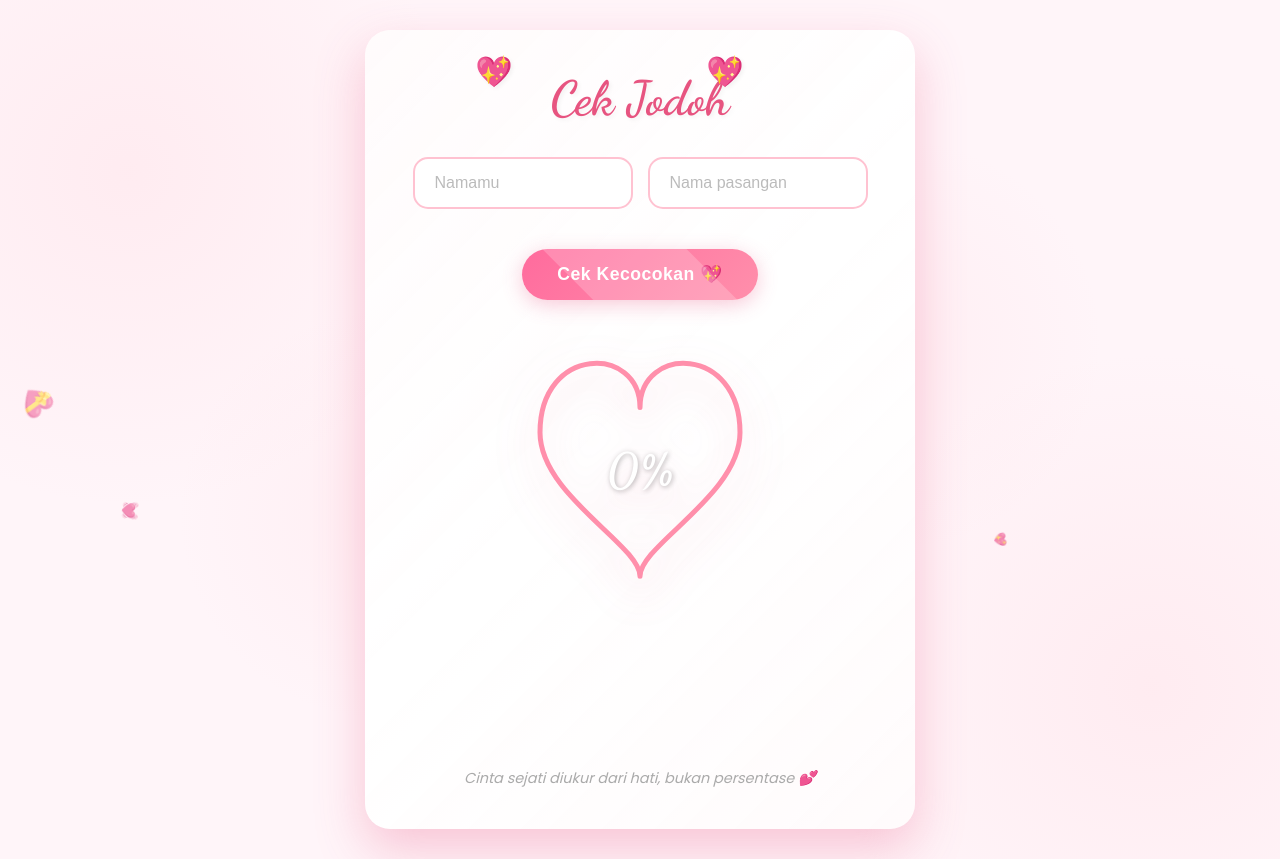
Repository: zhr-nabila/cek-jodoh
Page: cek.html
The author's editor kept a copy of each file at every save. The page is drawn from the files as they stood at one save, then again after the next save.
The browser window is 1280 px wide. The pictures show the whole page.

Above is the page before, as saved 2025-06-10 00:39:24.

### cek.html
<!DOCTYPE html>
<html lang="id">
  <head>
    <meta charset="UTF-8" />
    <meta name="viewport" content="width=device-width, initial-scale=1.0" />
    <title>Cek Kecocokan Pasangan</title>
    <link
      rel="stylesheet"
      href="https://cdnjs.cloudflare.com/ajax/libs/animate.css/4.1.1/animate.min.css"
    />
    <style>
      @import url("https://fonts.googleapis.com/css2?family=Dancing+Script:wght@700&family=Poppins:wght@300;400;500;600&display=swap");

      :root {
        --pink-dark: #e75480;
        --pink-medium: #ff6b9d;
        --pink-light: #ff8fab;
        --pink-soft: #ffc2d1;
        --pink-pale: #fff5f9;
        --shadow-pink: rgba(231, 84, 128, 0.3);
      }

      * {
        box-sizing: border-box;
        margin: 0;
        padding: 0;
      }

      /* Ini biar scrollbar enggak keliatan */
      ::-webkit-scrollbar {
        width: 0;
        background: transparent;
      }

      body {
        background-color: var(--pink-pale);
        font-family: "Poppins", sans-serif;
        text-align: center;
        padding: 30px 0;
        margin: 0;
        min-height: 100vh;
        display: flex;
        justify-content: center;
        align-items: center;
        background-image: radial-gradient(
            circle at 10% 20%,
            rgba(255, 182, 193, 0.15) 0%,
            transparent 25%
          ),
          radial-gradient(
            circle at 90% 80%,
            rgba(255, 182, 193, 0.15) 0%,
            transparent 25%
          ),
          radial-gradient(
            circle at 30% 60%,
            rgba(255, 182, 193, 0.1) 0%,
            transparent 20%
          ),
          radial-gradient(
            circle at 70% 40%,
            rgba(255, 182, 193, 0.1) 0%,
            transparent 20%
          );
        overflow-x: hidden;
        -ms-overflow-style: none; /* IE dan Edge */
        scrollbar-width: none; /* Firefox */
      }

      .container {
        background: white;
        border-radius: 25px;
        padding: 40px;
        box-shadow: 0 20px 50px var(--shadow-pink);
        width: 95%;
        max-width: 550px;
        position: relative;
        overflow: hidden;
        transition: transform 0.3s ease;
        z-index: 1;
      }

      .container::before {
        content: "";
        position: absolute;
        top: -10px;
        left: -10px;
        right: -10px;
        bottom: -10px;
        background: linear-gradient(
          135deg,
          rgba(255, 192, 203, 0.1) 0%,
          rgba(255, 255, 255, 0) 50%,
          rgba(255, 192, 203, 0.1) 100%
        );
        border-radius: 30px;
        z-index: -1;
        animation: shine 8s infinite;
      }

      @keyframes shine {
        0%,
        100% {
          opacity: 0.3;
        }
        50% {
          opacity: 0.8;
        }
      }

      h1 {
        color: var(--pink-dark);
        font-size: 3rem;
        margin-bottom: 30px;
        font-family: "Dancing Script", cursive;
        text-shadow: 2px 2px 4px rgba(0, 0, 0, 0.05);
        position: relative;
        animation: fadeInDown 1s ease;
      }

      h1::after,
      h1::before {
        content: "💖";
        position: absolute;
        font-size: 1.8rem;
        animation: heartbeat 1.5s infinite;
      }

      h1::after {
        top: -15px;
        right: 28%;
      }

      h1::before {
        top: -15px;
        left: 15%;
      }

      .input-group {
        display: flex;
        gap: 15px;
        margin-bottom: 25px;
        justify-content: center;
        animation: fadeIn 1s ease 0.2s both;
      }

      input {
        padding: 15px 20px;
        font-size: 1rem;
        border-radius: 15px;
        border: 2px solid var(--pink-soft);
        width: 100%;
        max-width: 220px;
        transition: all 0.3s;
        background-color: rgba(255, 255, 255, 0.9);
        color: #555;
        font-weight: 500;
      }

      input::placeholder {
        color: #bbb;
        font-weight: 400;
      }

      input:focus {
        outline: none;
        border-color: var(--pink-medium);
        box-shadow: 0 0 0 4px rgba(255, 107, 157, 0.2);
        transform: translateY(-2px);
      }

      button {
        padding: 15px 35px;
        background: linear-gradient(
          135deg,
          var(--pink-medium) 0%,
          var(--pink-light) 100%
        );
        border: none;
        border-radius: 50px;
        color: white;
        font-size: 1.1rem;
        font-weight: 600;
        cursor: pointer;
        transition: all 0.3s;
        box-shadow: 0 5px 20px var(--shadow-pink);
        margin: 15px 0 25px;
        position: relative;
        overflow: hidden;
        animation: fadeIn 1s ease 0.4s both;
        letter-spacing: 0.5px;
      }

      button:hover {
        transform: translateY(-5px);
        box-shadow: 0 10px 25px rgba(231, 84, 128, 0.5);
        background: linear-gradient(
          135deg,
          var(--pink-dark) 0%,
          var(--pink-medium) 100%
        );
      }

      button:active {
        transform: translateY(1px);
      }

      button::after {
        content: "";
        position: absolute;
        top: -50%;
        left: -50%;
        width: 200%;
        height: 200%;
        background: rgba(255, 255, 255, 0.2);
        transform: rotate(45deg);
        transition: all 0.7s;
      }

      button:hover::after {
        left: 100%;
      }

      .love-meter-container {
        perspective: 1000px;
        margin: 30px auto;
        animation: fadeIn 1s ease 0.6s both;
      }

      .love-meter {
        position: relative;
        width: 250px;
        height: 230px;
        margin: 0 auto;
        filter: drop-shadow(0 15px 20px rgba(231, 84, 128, 0.25));
        transform-style: preserve-3d;
        transition: transform 0.5s ease;
      }

      .love-meter:hover {
        transform: rotateY(10deg) rotateX(5deg);
      }

      .heart-svg {
        width: 100%;
        height: 100%;
      }

      .love-fill {
        fill: url(#gradientFill);
        transition: y 1.5s cubic-bezier(0.68, -0.55, 0.27, 1.55),
          height 1.5s cubic-bezier(0.68, -0.55, 0.27, 1.55);
      }

      .percentage {
        position: absolute;
        top: 50%;
        left: 50%;
        transform: translate(-50%, -50%);
        font-size: 3rem;
        font-weight: bold;
        color: white;
        text-shadow: 1px 1px 5px rgba(0, 0, 0, 0.3);
        font-family: "Dancing Script", cursive;
        transition: all 0.3s;
      }

      .message {
        font-size: 1.3rem;
        margin: 20px 0;
        color: var(--pink-dark);
        min-height: 60px;
        padding: 0 20px;
        line-height: 1.5;
        opacity: 0;
        transform: translateY(10px);
        transition: all 0.5s ease-out 0.5s;
        font-weight: 500;
      }

      .message.show {
        opacity: 1;
        transform: translateY(0);
      }

      .couple-names {
        display: flex;
        justify-content: center;
        align-items: center;
        gap: 15px;
        font-size: 1.5rem;
        color: var(--pink-dark);
        font-weight: 600;
        margin-bottom: 15px;
        opacity: 0;
        transform: scale(0.9);
        transition: all 0.5s ease-out 0.3s;
      }

      .couple-names.show {
        opacity: 1;
        transform: scale(1);
      }

      .heart-icon {
        color: var(--pink-medium);
        font-size: 1.8rem;
        animation: heartbeat 1.5s infinite;
        display: inline-block;
        transform-origin: center;
      }

      @keyframes heartbeat {
        0% {
          transform: scale(1);
        }
        25% {
          transform: scale(1.1);
        }
        50% {
          transform: scale(1);
        }
        75% {
          transform: scale(1.1);
        }
        100% {
          transform: scale(1);
        }
      }

      .floating-hearts {
        position: fixed;
        width: 100%;
        height: 100%;
        top: 0;
        left: 0;
        pointer-events: none;
        z-index: -1;
        overflow: hidden;
      }

      .floating-heart {
        position: absolute;
        font-size: 1rem;
        color: var(--pink-light);
        opacity: 0;
        animation: float-up 4s linear forwards;
        z-index: -1;
      }

      @keyframes float-up {
        0% {
          transform: translateY(100vh) rotate(0deg) scale(0.5);
          opacity: 0;
        }
        10% {
          opacity: 0.8;
        }
        100% {
          transform: translateY(-20vh) rotate(360deg) scale(1.2);
          opacity: 0;
        }
      }

      .sparkle {
        position: absolute;
        width: 5px;
        height: 5px;
        background-color: #fff;
        border-radius: 50%;
        pointer-events: none;
        opacity: 0;
        animation: sparkle 1s forwards;
      }

      @keyframes sparkle {
        0% {
          transform: scale(0);
          opacity: 0;
        }
        50% {
          opacity: 0.8;
        }
        100% {
          transform: scale(2);
          opacity: 0;
        }
      }

      .ripple {
        position: absolute;
        border-radius: 50%;
        background-color: rgba(255, 255, 255, 0.6);
        transform: scale(0);
        pointer-events: none;
        animation: ripple 1s ease-out;
      }

      @keyframes ripple {
        to {
          transform: scale(4);
          opacity: 0;
        }
      }

      .confetti {
        position: absolute;
        width: 10px;
        height: 10px;
        background-color: var(--pink-light);
        opacity: 0;
        animation: confetti-fall 3s linear forwards;
      }

      @keyframes confetti-fall {
        0% {
          transform: translateY(-100vh) rotate(0deg);
          opacity: 1;
        }
        100% {
          transform: translateY(100vh) rotate(360deg);
          opacity: 0;
        }
      }

      .footer-note {
        margin-top: 30px;
        font-size: 0.9rem;
        color: #aaa;
        font-style: italic;
        animation: fadeIn 1s ease 0.8s both;
      }

      @media (max-width: 600px) {
        .container {
          padding: 30px 20px;
          width: 95%;
        }

        h1 {
          font-size: 2.5rem;
        }

        h1::after,
        h1::before {
          font-size: 1.5rem;
        }

        .input-group {
          flex-direction: column;
          align-items: center;
          gap: 15px;
        }

        input {
          max-width: 100%;
          padding: 12px 15px;
        }

        .love-meter {
          width: 200px;
          height: 180px;
        }

        .percentage {
          font-size: 2.5rem;
        }

        button {
          padding: 12px 25px;
          font-size: 1rem;
        }

        .couple-names {
          font-size: 1.3rem;
        }

        .message {
          font-size: 1.1rem;
        }
      }

      /* Animations */
      @keyframes fadeIn {
        from {
          opacity: 0;
        }
        to {
          opacity: 1;
        }
      }

      @keyframes fadeInDown {
        from {
          opacity: 0;
          transform: translateY(-20px);
        }
        to {
          opacity: 1;
          transform: translateY(0);
        }
      }

      @keyframes bounceIn {
        from {
          opacity: 0;
          transform: scale(0.5);
        }
        to {
          opacity: 1;
          transform: scale(1);
        }
      }
    </style>
  </head>
  <body>
    <div class="container">
      <h1 class="animate__animated animate__fadeInDown">Cek Jodoh</h1>

      <div class="input-group">
        <input
          type="text"
          id="name1"
          placeholder="Namamu"
          class="animate__animated animate__fadeIn"
        />
        <input
          type="text"
          id="name2"
          placeholder="Nama pasangan"
          class="animate__animated animate__fadeIn"
        />
      </div>

      <button onclick="hitung()" class="animate__animated animate__fadeIn">
        Cek Kecocokan 💖
      </button>

      <div class="love-meter-container">
        <div class="love-meter">
          <svg viewBox="0 0 200 180" class="heart-svg">
            <defs>
              <clipPath id="heartClip">
                <path
                  d="M100 40
                   C100 -10, 180 -10, 180 60
                   C180 110, 100 150, 100 175
                   C100 150, 20 110, 20 60
                   C20 -10, 100 -10, 100 40Z"
                />
              </clipPath>
              <linearGradient id="gradientFill" x1="0" y1="1" x2="0" y2="0">
                <stop offset="0%" stop-color="#e75480" />
                <stop offset="50%" stop-color="#ff6b9d" />
                <stop offset="100%" stop-color="#ff8fab" />
              </linearGradient>
            </defs>
            <rect
              class="love-fill"
              x="0"
              y="180"
              width="200"
              height="0"
              clip-path="url(#heartClip)"
            />
            <path
              d="M100 40
               C100 -10, 180 -10, 180 60
               C180 110, 100 150, 100 175
               C100 150, 20 110, 20 60
               C20 -10, 100 -10, 100 40Z"
              fill="none"
              stroke="#ff8fab"
              stroke-width="4"
              stroke-linejoin="round"
            />
          </svg>
          <div class="percentage">0%</div>
        </div>
      </div>

      <div class="couple-names" id="couple-names">
        <span id="name1-output">Kamu</span>
        <span class="heart-icon">❤️</span>
        <span id="name2-output">Dia</span>
      </div>

      <div class="message" id="message"></div>

      <div class="footer-note">
        Cinta sejati diukur dari hati, bukan persentase 💕
      </div>
    </div>

    <div class="floating-hearts" id="floating-hearts"></div>

    <script>
      function hitungKecocokan(nama1, nama2) {
        let skor = 0;
        const gabungan = (nama1 + nama2).toLowerCase();

        // Hitung berdasarkan huruf
        for (let char of gabungan) {
          skor += char.charCodeAt(0);
        }

        // Tambah random biar seru
        const random = Math.floor(Math.random() * 11); // 0-10

        // Skor dasar antara 40-100 ditambah random
        return Math.min(40 + (skor % 61) + random, 100);
      }

      function dapatkanPesan(skor) {
        if (skor >= 95)
          return "Jodoh sejati! Kalian ditakdirkan bersama ✨💫";
        if (skor >= 90) return "Cinta abadi! Hubungan kalian kuat banget 💖";
        if (skor >= 80) return "Pasangan serasi! Kalian memang berjodoh 😍";
        if (skor >= 70) return "Chemistry-nya wow! Kalian saling melengkapi 🌟";
        if (skor >= 60) return "Potensi bagus! Rawat terus hubungan ini ❤️";
        if (skor >= 50) return "Koneksi oke! Bisa berkembang kalau dijaga 🌱";
        if (skor >= 40) return "Teman dulu aja! Siapa tahu nanti jadian 😊";
        return "Unik banget! Setiap kisah cinta itu spesial 💞";
      }

      function buatHati(jumlah = 5) {
        const container = document.getElementById("floating-hearts");
        const simbolHati = ["❤️", "💖", "💗", "💓", "💘", "💝"];

        for (let i = 0; i < jumlah; i++) {
          const hati = document.createElement("div");
          hati.classList.add("floating-heart");
          hati.innerHTML =
            simbolHati[Math.floor(Math.random() * simbolHati.length)];
          hati.style.left = Math.random() * 100 + "vw";
          hati.style.animationDuration = Math.random() * 3 + 3 + "s";
          hati.style.fontSize = Math.random() * 20 + 15 + "px";
          hati.style.animationDelay = Math.random() * 2 + "s";
          container.appendChild(hati);

          setTimeout(() => {
            hati.remove();
          }, 5000);
        }
      }

      function buatKilatan(x, y) {
        for (let i = 0; i < 10; i++) {
          const kilat = document.createElement("div");
          kilat.classList.add("sparkle");
          kilat.style.left = x + "px";
          kilat.style.top = y + "px";
          kilat.style.animationDelay = i * 0.1 + "s";
          document.body.appendChild(kilat);

          setTimeout(() => {
            kilat.remove();
          }, 1000);
        }
      }

      function buatRipple(x, y) {
        const ripple = document.createElement("div");
        ripple.classList.add("ripple");
        ripple.style.left = x + "px";
        ripple.style.top = y + "px";
        document.body.appendChild(ripple);

        setTimeout(() => {
          ripple.remove();
        }, 1000);
      }

      function buatKonfeti() {
        const warna = ["#ff6b9d", "#ff8fab", "#ffc2d1", "#e75480", "#ffb6c1"];
        const container = document.getElementById("floating-hearts");

        for (let i = 0; i < 50; i++) {
          const konfeti = document.createElement("div");
          konfeti.classList.add("confetti");
          konfeti.style.left = Math.random() * 100 + "vw";
          konfeti.style.backgroundColor =
            warna[Math.floor(Math.random() * warna.length)];
          konfeti.style.width = Math.random() * 10 + 5 + "px";
          konfeti.style.height = Math.random() * 10 + 5 + "px";
          konfeti.style.animationDuration = Math.random() * 2 + 2 + "s";
          container.appendChild(konfeti);

          setTimeout(() => {
            konfeti.remove();
          }, 3000);
        }
      }

      function animasiDetakHati() {
        const iconHati = document.querySelector(".heart-icon");
        iconHati.style.animation = "none";
        void iconHati.offsetWidth; // Trigger reflow
        iconHati.style.animation = "heartbeat 0.6s ease 3";
      }

      function hitung() {
        const nama1 = document.getElementById("name1").value.trim();
        const nama2 = document.getElementById("name2").value.trim();
        const isiHati = document.querySelector(".love-fill");
        const persentase = document.querySelector(".percentage");
        const pesan = document.getElementById("message");
        const nama1Output = document.getElementById("name1-output");
        const nama2Output = document.getElementById("name2-output");
        const pasangan = document.getElementById("couple-names");
        const container = document.querySelector(".container");

        if (!nama1 || !nama2) {
          alert("Isi dulu nama kalian berdua dong!");
          return;
        }

        // Animasi klik
        container.classList.add("animate__animated", "animate__pulse");
        setTimeout(() => {
          container.classList.remove("animate__animated", "animate__pulse");
        }, 1000);

        // Update nama
        nama1Output.textContent = nama1 || "Kamu";
        nama2Output.textContent = nama2 || "Dia";

        // Reset tampilan
        isiHati.setAttribute("y", 180);
        isiHati.setAttribute("height", 0);
        persentase.textContent = "0%";
        pesan.textContent = "";
        pesan.classList.remove("show");
        pasangan.classList.remove("show");

        // Hitung
        const persen = hitungKecocokan(nama1, nama2);
        const tinggiMaks = 180;
        const tinggiIsi = (persen / 100) * tinggiMaks;

        // Animasi setelah jeda
        setTimeout(() => {
          isiHati.setAttribute("y", tinggiMaks - tinggiIsi);
          isiHati.setAttribute("height", tinggiIsi);

          let sekarang = 0;
          const timer = setInterval(() => {
            sekarang++;
            persentase.textContent = sekarang + "%";

            // Animasi detak jantung di persentase tertentu
            if (sekarang === 50 || sekarang === 75 || sekarang === persen) {
              animasiDetakHati();
            }

            if (sekarang >= persen) {
              clearInterval(timer);
              pesan.textContent = dapatkanPesan(persen);
              pesan.classList.add("show");
              pasangan.classList.add("show");

              // Efek keren berdasarkan skor
              if (persen >= 80) {
                buatKonfeti();
                for (let i = 0; i < 20; i++) {
                  setTimeout(() => {
                    buatHati(5);
                  }, i * 100);
                }
              } else if (persen >= 60) {
                for (let i = 0; i < 15; i++) {
                  setTimeout(() => {
                    buatHati(3);
                  }, i * 150);
                }
              } else {
                for (let i = 0; i < 10; i++) {
                  setTimeout(() => {
                    buatHati(2);
                  }, i * 200);
                }
              }
            }
          }, 20);
        }, 100);
      }

      // Efek kilat saat input diklik
      document.querySelectorAll("input").forEach((input) => {
        input.addEventListener("focus", (e) => {
          const rect = e.target.getBoundingClientRect();
          buatKilatan(
            rect.left + rect.width / 2,
            rect.top + rect.height / 2
          );
        });
      });

      // Efek ripple saat tombol diklik
      document.querySelector("button").addEventListener("click", (e) => {
        const rect = e.target.getBoundingClientRect();
        buatRipple(rect.left + rect.width / 2, rect.top + rect.height / 2);
      });

      // Bisa pake Enter juga
      document.addEventListener("keypress", function (e) {
        if (e.key === "Enter") {
          hitung();
        }
      });

      // Hati-harti awal
      for (let i = 0; i < 8; i++) {
        setTimeout(() => {
          buatHati(1);
        }, i * 800);
      }
    </script>
  </body>
</html>

After the next save:
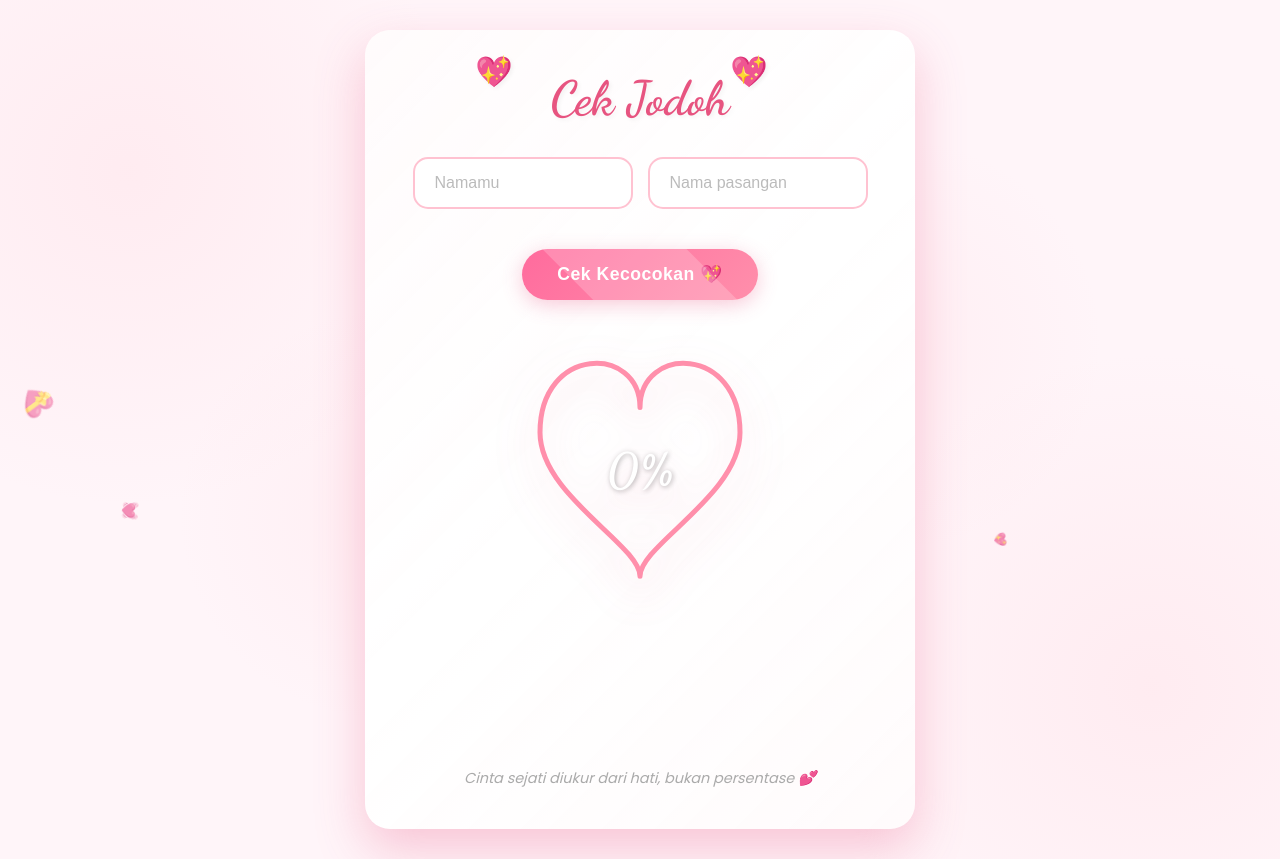
Saved 7 s later.
--- a/cek.html
+++ b/cek.html
@@ -128,7 +128,7 @@
 
       h1::after {
         top: -15px;
-        right: 28%;
+        right: 23%;
       }
 
       h1::before {
